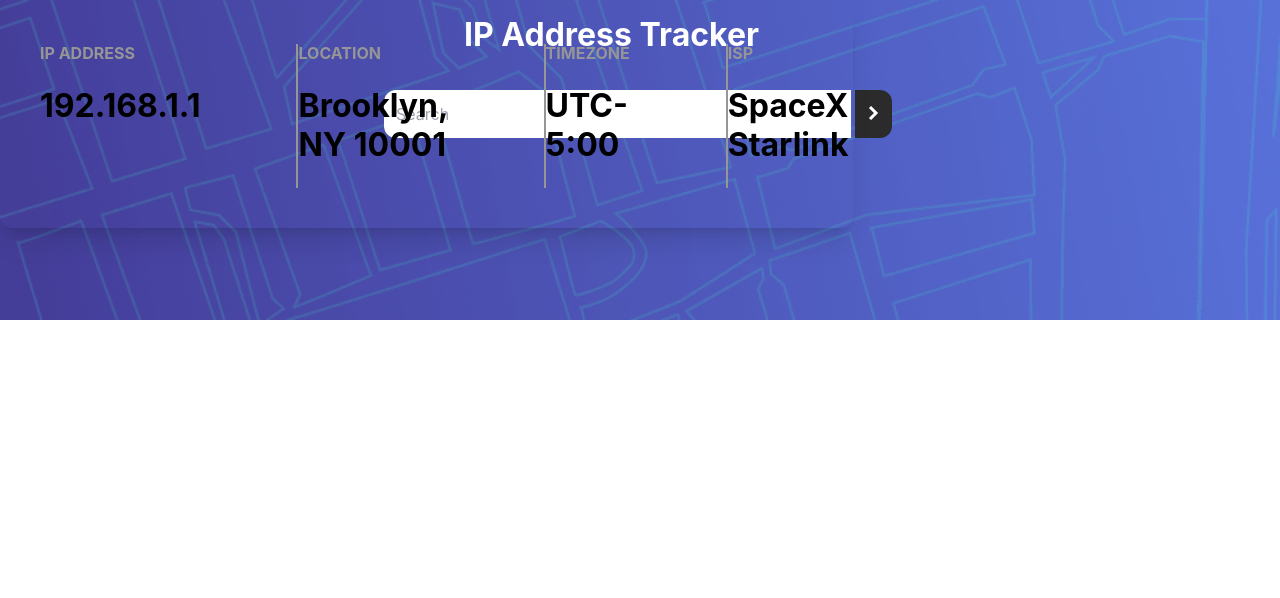
Repository: Dealsy/IP-Tracker
Page: /
These files come from the project's save history. The page is drawn as it stood at one moment and after a run of saves; the edit follows.
The browser window is 1280 px wide. The pictures show the whole page.
The project was rebuilt for these pictures with package versions that can differ from the ones it lists, and the page was loaded fresh each time. The framework's server and built-in components were replaced by stand-ins that run in the browser. Also part of the build but not shown: next.config.js.

Above is the page before, as saved 2022-04-21 22:35:55.

### pages/index.js
import Head from "next/head";
import Arrow from "../images/icon-arrow.svg";
import Image from "next/image";

export default function Home() {
  return (
    <div>
      <Head>
        <title>Create Next App</title>
        <meta name="description" content="Generated by create next app" />
        <link rel="icon" href="/favicon.ico" />
      </Head>

      <main>
        <div className="bg-Backdrop h-80 bg-no-repeat	 bg-cover">
          <h2 className="text-white w-96 m-auto p-4">IP Address Tracker</h2>
          <div className="w-120 m-auto">
            <div className="flex flex-row items-baseline">
              <input
                className="p-3 w-300 mt-5 rounded-l-xl"
                type="search"
                placeholder="Search"
              />
              <button className="bg-Dark-Gray p-3  rounded-r-xl hover:bg-hoverGray m-1 w-14">
                <Image src={Arrow} alt="Arrow" />{" "}
              </button>
            </div>
          </div>
        </div>

        <div className="flex flex-row justify-evenly border-0 shadow-xl w-4/6 m-auto rounded-xl p-10 absolute top-1 z-0">
          <div className=" border-r-2 border-Gray pr-24">
            <h3>IP ADDRESS</h3>
            <h2> 192.168.1.1 </h2>
          </div>
          <div className=" border-r-2 border-Gray pr-24">
            <h3> LOCATION </h3>
            <h2> Brooklyn, NY 10001 </h2>
          </div>
          <div className=" border-r-2 border-Gray pr-24">
            <h3>TIMEZONE</h3>
            <h2> UTC-5:00 </h2>
          </div>
          <div>
            <h3>ISP</h3>
            <h2>SpaceX Starlink</h2>
          </div>
        </div>
      </main>

      <footer></footer>
    </div>
  );
}

### styles/globals.css
@tailwind base;
@tailwind components;
@tailwind utilities;


h1 {
  font-size: 2.5rem;
  font-weight: 700;
  line-height: 1.2;
  margin-bottom: 1.5rem;
}

h2 {
  font-size: 2rem;
  font-weight: 700;
  line-height: 1.2;
  margin-bottom: 1.5rem;
}

h3 {
  font-size: 1rem;
  font-weight: 700;
  line-height: 1.2;
  margin-bottom: 1.5rem;
  color: #969696;
}


html,
body {
  padding: 0;
  margin: 0;
  font-family: -apple-system, BlinkMacSystemFont, Segoe UI, Roboto, Oxygen,
    Ubuntu, Cantarell, Fira Sans, Droid Sans, Helvetica Neue, sans-serif;
}

a {
  color: inherit;
  text-decoration: none;
}

* {
  box-sizing: border-box;
}

### tailwind.config.js
module.exports = {
  content: [
    "./pages/**/*.{js,ts,jsx,tsx}",
    "./components/**/*.{js,ts,jsx,tsx}",
  ],
  theme: {
    extend: {
      colors: {
        "Dark-Gray": "#2b2b2b",
        Gray: "#969696",
        hoverGray: "#3f3f3f",
      },
      backgroundImage: {
        Backdrop: "url('../images/pattern-bg.png')",
      },
      width: {
        100: "28rem",
        105: "29rem",
        110: "30rem",
        115: "31rem",
        120: "32rem",
        125: "33rem",
        130: "34rem",
        135: "35rem",
        140: "36rem",
        145: "37rem",
        150: "38rem",
        155: "39rem",
        160: "40rem",
        165: "41rem",
        170: "42rem",
        175: "43rem",
        180: "44rem",
        185: "45rem",
        300: "72rem",
      },
    },
  },
  plugins: [],
};

Loaded but not shown: pages/_app.js (common file)

After the next 3 saves:
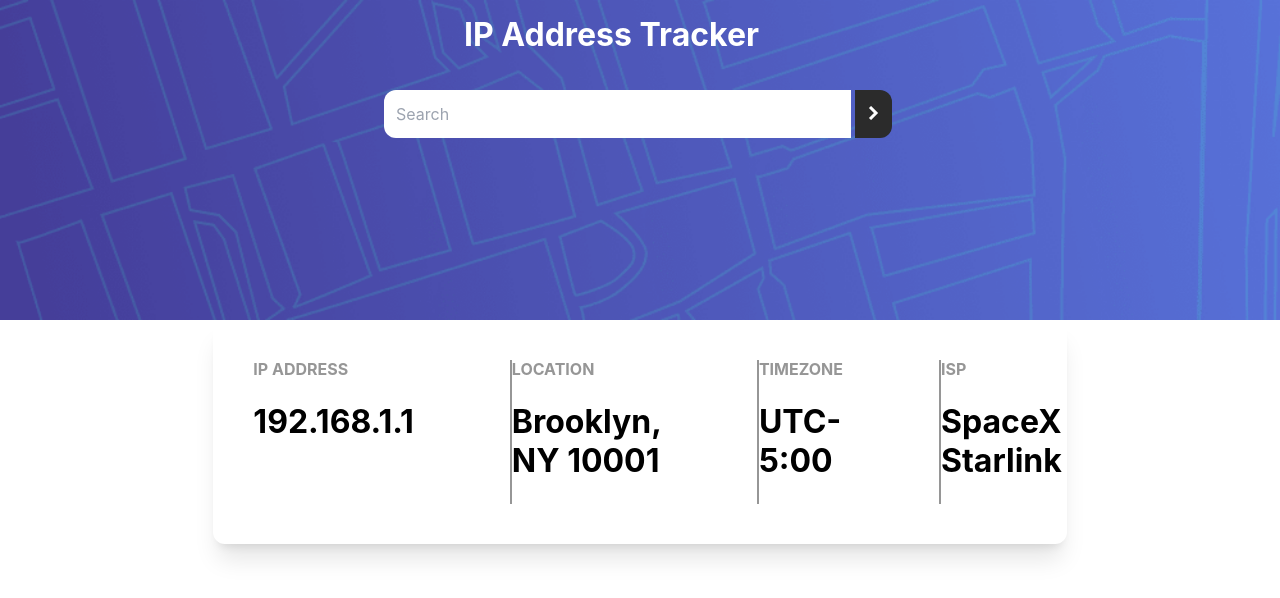
The 3 saves are shown as one change because they came seconds apart.
The last was saved 14 s later.
--- a/pages/index.js
+++ b/pages/index.js
@@ -28,7 +28,7 @@ export default function Home() {
           </div>
         </div>
 
-        <div className="flex flex-row justify-evenly border-0 shadow-xl w-4/6 m-auto rounded-xl p-10 absolute top-1 z-0">
+        <div className="flex flex-row justify-evenly border-0 shadow-xl w-4/6 m-auto rounded-xl p-10 ">
           <div className=" border-r-2 border-Gray pr-24">
             <h3>IP ADDRESS</h3>
             <h2> 192.168.1.1 </h2>
